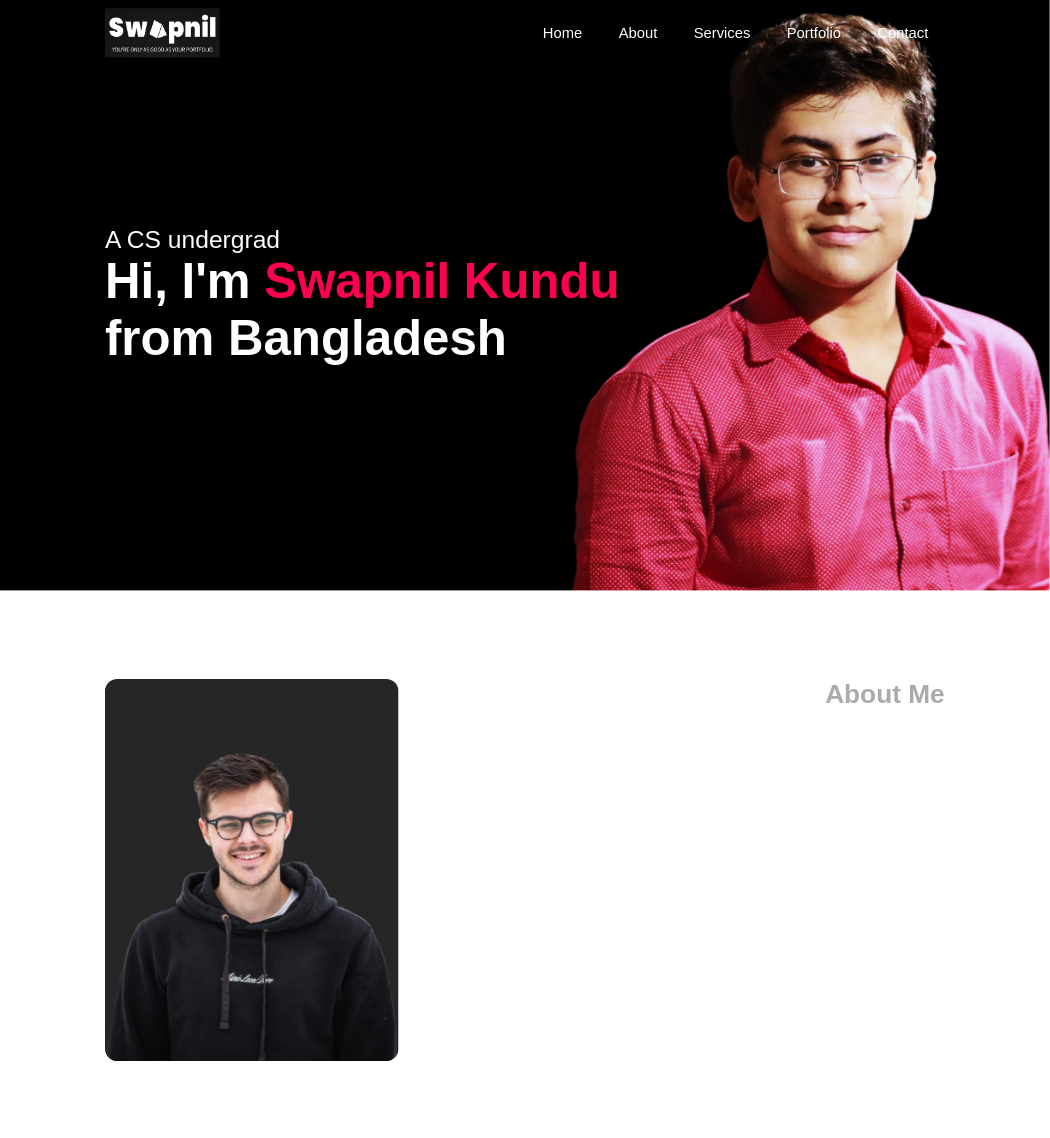
Repository: SwapnilKundu/portfolio
Page: index.html
The author's editor kept a copy of each file at every save. The page is drawn from the files as they stood at one save, then again after a run of saves.
The browser window is 1280 px wide. The pictures show the whole page, at 82% of full size.

Above is the page before, as saved 2024-01-19 10:24:19.

After the next 7 saves:
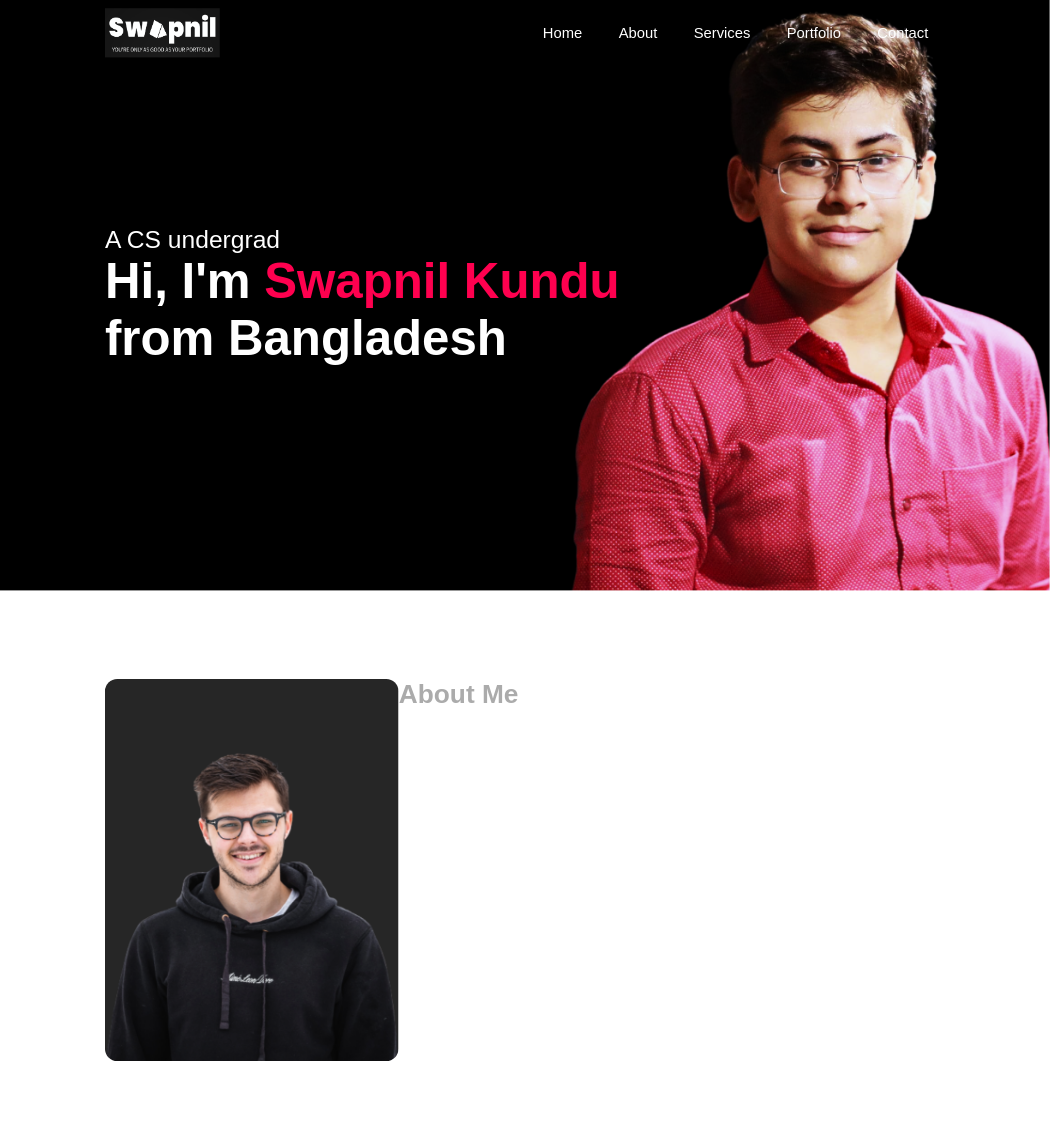
The 7 saves are shown as one change because they came seconds apart.
The last was saved 37 s later.
--- a/style.css
+++ b/style.css
@@ -98,3 +98,8 @@ nav ul li a:hover::after
     width: 100%;
     border-radius: 15px;
 }
+
+.about-col-2
+{
+    flex-basis: 65%;
+}
